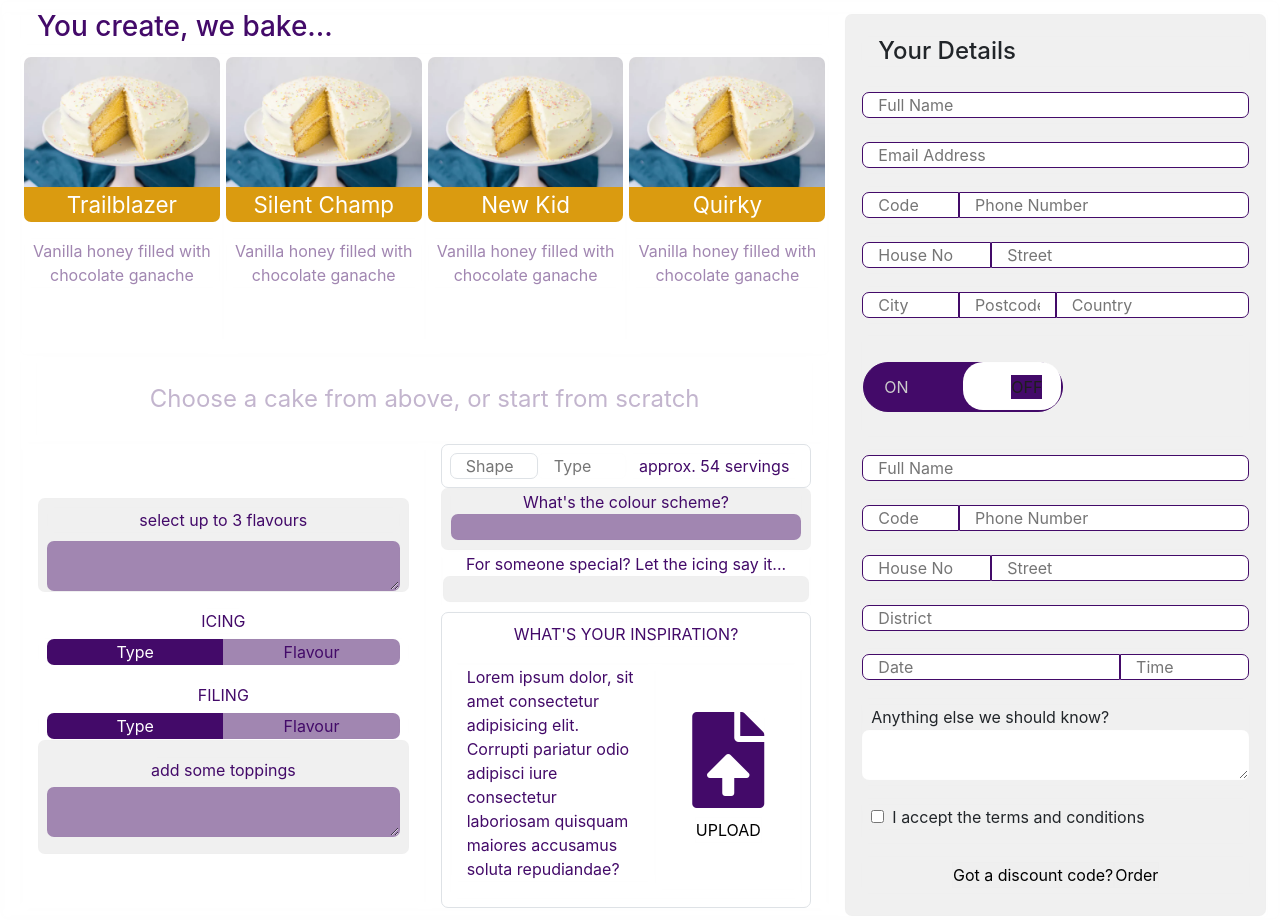
Repository: I-Alpha/BakeryOrderForm
Page: Order-Page.html
An editor plug-in stored every save of this project. The page is shown before and after the next save, followed by the edit.
The browser window is 1280 px wide. The pictures show the whole page.

Above is the page before, as saved 2020-12-29 05:05:39.

### Order-Page.html
<!DOCTYPE html>
<html lang="en">

<head>
    <meta charset="UTF-8">
    <meta name="viewport" content="width=device-width, initial-scale=1.0">
    <link rel="stylesheet" href="https://use.fontawesome.com/releases/v5.7.0/css/all.css"
        integrity="sha384-lZN37f5QGtY3VHgisS14W3ExzMWZxybE1SJSEsQp9S+oqd12jhcu+A56Ebc1zFSJ" crossorigin="anonymous">
    <link href="https://stackpath.bootstrapcdn.com/bootstrap/4.5.2/css/bootstrap.min.css" rel="stylesheet">
    <script src="https://ajax.googleapis.com/ajax/libs/jquery/3.5.1/jquery.min.js"></script>
    <script src="https://stackpath.bootstrapcdn.com/bootstrap/4.5.2/js/bootstrap.bundle.min.js"></script>
    <title>Document</title>
    <style>
        :root {
            --primary-font: 1.6rem;
            --cake-font-size: 1.4rem;
            --secondary-font: 1rem;
            --primary-colour: #430a69ff;
            --secondary-colour: #a186b1ff;
            --text-faded: #c3b5ce;
            --background-faded: rgb(240, 240, 240);
        }

        * {
            border: 1px solid rgba(0, 0, 0, 0.002);
            border-radius: 7px;
            box-sizing: border-box;
            margin: 0;
            padding: 0;
        }

        html {
            font-size: 1rem;
        }

        html,
        body,
        .container-fluid {
            width: 100%;
            background-color: white;
        }

        body span.switcher {
            position: relative;
            width: 200px;
            height: 50px;
            border-radius: 25px;
            margin: 20px 0;
        }

        body span.switcher input {
            -webkit-appearance: none;
            -moz-appearance: none;
            appearance: none;
            position: relative;
            width: 200px;
            height: 50px;
            border-radius: 25px;
            background-color: #1E1E1E;
        }

        body span.switcher input:before,
        body span.switcher input:after {
            z-index: 2;
            position: absolute;
            top: 50%;
            transform: translateY(-50%);
            color: #FFFFFF;  background-color: var(--primary-colour);
        }

        body span.switcher input:before {
            content: "ON";
            left: 20px;
        }

        body span.switcher input:after {
            content: "OFF";
            right: 20px;
        }

        body span.switcher label {
            z-index: 1;
            position: absolute;
            top: 0px;
            bottom: 0px;
            border-radius: 20px;
        }

        body span.switcher.switcher-1 input {
            transition: 0.25s -0.1s;

        }

        body span.switcher.switcher-1 input:checked {
            background-color: #FFFFFF;
        }

        body span.switcher.switcher-1 input:checked:before {
            color: #FFFFFF;
            transition: color 0.5s 0.2s;
        }

        body span.switcher.switcher-1 input:checked:after {
            color: #CCCCCC;
            transition: color 0.5s;
        }

        body span.switcher.switcher-1 input:checked+label {
            left: 10px;
            right: 100px;
            background:  white;
            transition: left 0.5s, right 0.4s 0.2s;
        }

        body span.switcher.switcher-1 input:not(:checked) {
            background:  var(--primary-colour);
            transition: background 0.5s -0.1s;
        }

        body span.switcher.switcher-1 input:not(:checked):before {
            color: #CCCCCC;
            transition: color 0.5s;
        }

        body span.switcher.switcher-1 input:not(:checked):after {
            color: #1E1E1E;
            transition: color 0.5s 0.2s;
        }

        body span.switcher.switcher-1 input:not(:checked)+label {
            left: 100px;
            right: 0px;
            top:0;
            background: #FFFFFF;
            height:100%;
            transition: left 0.4s 0.2s, right 0.5s, background 0.35s -0.1s;
        }


        #sec2-label {
            color: var(--text-faded);
            font-size: 1.5rem;

        }

        .purple_font {
            color: #430a69ff;
        }

        .light_purple_font {
            color: #a186b1ff;
        }

        .light_purple_background {
            background-color: #a186b1ff;
        }


        .purple_background {
            background-color: #430a69ff;
        }

        .textfaded {
            color: var(--text-faded);
        }

        .background_faded {
            background-color: var(--background-faded);
        }

        .buttergold {
            background-color: #da9b0eff
        }

        .input-group {}

        .pull-up {
            top: -50%;
        }

        .split-row-1 {
            height: 100%;
        }

        .split-row-2 {
            height: 50%;
        }

        #main_col_1 * {}

        #main_col_1 {}

        #main_col_2 * {}

        #main_col_2 {
            background-color: rgb(240, 240, 240);
            height: auto;
            justify-content: center;
            padding: 5px 5px;
        }

        #main_col_2 div.input-group {
            padding-top: 5px;
            padding-bottom: 5px;
        }

        #main_col_2 input {
            border: 1px solid var(--primary-colour);
        }


        #main_col_1 .input-group,
        #main_col_2 .input-group {}

        .col-8,
        .col-4 {}

        #deliveryBtn.active {
            background-color: var(--primary-colour);
            color: var(--primary-colour);
        }

        #collectionBtn.active {
            background-color: var(--primary-colour);
            color: var(--primary-colour);
        }

        #collectionBtn,
        #deliveryBtn {
            border-radius: 30px;
            border: 1px solid var(--primary-colour);
            display: inline-block;

        }

        #collectionBtn {}

        #deliveryBtn {}


        #deliveryBtn {
            background-color: white;
        }

        #collectionBtn {
            background-color: white;
            border: 1px solid var(--primary-colour);
        }



        #cake-image-container p:nth-child(2) {
            background-color: #da9b10;
            color: white;
            border-top-left-radius: 0;
            border-top-right-radius: 0;
        }

        #cake-image-container {
            padding: 0;
            margin: 0;
        }

        div#cake-image-container p:nth-child(3) {
            color: var(--secondary-colour);
        }

        #cake-image-container>div {
            font-size: var(--secondary-font);
            border-radius: 15px 15px 15px 15px;
            min-height: 100px;
            min-width: 140px;
        }

        .left-curve {
            border-top-right-radius: 0;
            border-bottom-right-radius: 0;
        }

        .right-curve {
            border-top-left-radius: 0;
            border-bottom-left-radius: 0;
        }

        #cake-image-container div * {}

        #cake-image-container div img {
            border-bottom-left-radius: 0;
            border-bottom-right-radius: 0;
            min-height: 120px;
        }

        #cake-image-container p {
            display: flex;
            text-align: center;
            justify-content: center;
            align-items: center;
        }

        p {}

        div.h3 {
            text-align: center;
        }

        .input-group {
            display: flex;
        }

        .switch6 {
            max-width: 17em;
            margin: 0 auto;
        }

        .switch6-light>span,
        .switch-toggle>span {
            color: #000000;
        }

        .switch6-light span span,
        .switch6-light label,
        .switch-toggle span span,
        .switch-toggle label {
            color: #2b2b2b;
        }

        .switch-toggle a,
        .switch6-light span span {
            display: none;
        }

        .switch6-light {
            display: block;
            height: 30px;
            position: relative;
            overflow: visible;
            padding: 0px;
            margin-left: 0px;
        }

        .switch6-light * {
            box-sizing: border-box;
        }

        .switch6-light a {
            display: block;
            transition: all 0.3s ease-out 0s;
        }

        .switch6-light label,
        .switch6-light>span {
            line-height: 30px;
            vertical-align: middle;
        }

        .switch6-light label {
            font-weight: 700;
            margin-bottom: px;
            max-width: 100%;
        }

        .switch6-light input:focus~a,
        .switch6-light input:focus+label {
            outline: 1px dotted rgb(136, 136, 136);
        }

        .switch6-light input {
            position: absolute;
            opacity: 0;
            z-index: 5;
        }

        .switch6-light input:checked~a {
            right: 0%;
        }

        .switch6-light>span {
            position: absolute;
            left: -100px;
            width: 100%;
            margin: 0px;
            padding-right: 100px;
            text-align: left;
        }

        .switch6-light>span span {
            position: absolute;
            top: 0px;
            left: 0px;
            z-index: 5;
            display: block;
            width: 50%;
            margin-left: 100px;
            text-align: center;
        }

        .switch6-light>span span:last-child {
            left: 50%;
        }

        .switch6-light a {
            position: absolute;
            right: 50%;
            top: 0px;
            z-index: 4;
            display: block;
            width: 50%;
            height: 100%;
            padding: 0px;
        }

        /* Extra small devices (portrait phones, less than 576px)
         No media query since this is the default in Bootstrap */

        /* Small devices (landscape phones, 576px and up) */
        @media (min-width: 576px) {
            html {}

            #main_col_1 {
                justify-content: space-around;
                align-items: space-around;
                padding: 15px;
            }

            #main_col_2 {
                padding: 15px;
                max-width: 89%;
            }

            div.h3 {
                width: 100%;
                text-align: start;
            }


            #cake-image-container>div {
                width: 150px;
                font-size: var(--secondary-font);
                border-radius: 15px 15px 15px 15px;
                min-height: 300px;
                padding: 20px 15px 10px 15px;

            }
        }

        /* Medium devices (tablets, 768px and up) */
        @media (min-width: 768px) {

            #main_col_1 {
                min-height: 100vh;
                justify-content: center;
                align-items: center;
            }

            html {}

            body {
                align-items: center;
                justify-content: center;
                padding: 10px 10px 0 0px;
            }

            #cake-image-container p:nth-child(2) {
                background-color: #da9b10;
                font-size: var(--cake-font-size);
                color: white;
                border-top-left-radius: 0;
                border-top-right-radius: 0;
            }

            div.h3 {
                text-align: none;
                margin-top: -10px;
                padding-top: 0px;
            }
        }

        /* Large devices (desktops, 992px and up) */
        @media (min-width: 992px) {
            #cake-image-container>div {
                min-width: 140px;
                padding: 2px;
            }

            #collectionBtn,
            #deliveryBtn {
                border-radius: 30px;
                border: 1px solid var(--primary-colour);
                display: inline-block;
                height: 2rem;
                padding-top: 0;
                line-height: 1rem;
                padding-bottom: 3px;
            }

            #main_col_2 {
                height: 100%;
                align-items: space-around;
                justify-content: space-around;
            }
        }



        /* Extra large devices (large desktops, 1200px and up) */
        @media (min-width: 1200px) {}
    </style>
</head>

<body>
    <div class="container-fluid d-flex">
        <div class="row justify-content-center align-items-start">
            <div id="main_col_1"
                class=" d-flex flex-column col-12 col-sm-12 col-md-12 col-lg-8 purple_font py-1 justify-content-center align-items-center ">
                <div class="h3 w-100 px-3">You create, we bake...</div>
                <div id="cake-image-container"
                    class="row d-flex justify-content-between text-center container-fluid px-0">
                    <div class="d-flex flex-column col-6 col-sm-6 col-md-3 col-lg-3 ">
                        <img src="Assets\baked-yellow-cake.jpg" class="img-fluid" alt="Responsive image">
                        <p>Trailblazer</p>
                        <p>Vanilla honey filled with chocolate ganache</p>
                    </div>
                    <div class="d-flex flex-column col-6 col-sm-6 col-md-3 col-lg-3">
                        <img src="Assets\baked-yellow-cake.jpg" class="img-fluid" alt="Responsive image">
                        <p class="">Silent Champ</p>
                        <p>Vanilla honey filled with chocolate ganache</p>
                    </div>
                    <div class="d-flex flex-column col-6 col-sm-6 col-md-3 col-lg-3">
                        <img src="Assets\baked-yellow-cake.jpg" class="img-fluid" alt="Responsive image">
                        <p>New Kid</p>
                        <p>Vanilla honey filled with chocolate ganache</p>
                    </div>
                    <div class="d-flex flex-column col-6 col-sm-6 col-md-3 col-lg-3">
                        <img src="Assets\baked-yellow-cake.jpg" class="img-fluid" alt="Responsive image">
                        <p>Quirky</p>
                        <p>Vanilla honey filled with chocolate ganache</p>
                    </div>
                </div>
                <div class="col-12 col-sm-12 col-md-12 flex flex-column justify-content-center align-items-center"
                    style="justify-content:center;">
                    <div id="sec2-label" class="py-4 text-center">Choose a cake from above, or start from scratch</div>
                    <div class="row">
                        <div
                            class="col-12 col-sm-12 col-md-6 justify-content-center d-flex flex-column align-items-center">
                            <div class="row d-flex flex-column input-group background_faded px-2 ">
                                <p class="mb-2 mt-2 text-center">select up to 3 flavours</p>
                                <textarea class="w-100 light_purple_background"></textarea>
                            </div>
                            <p class="mb-1 mt-3">ICING</p>
                            <div class="row input-group px-2" style="justify-content:center;">
                                <input class="input col-6 w-100 purple_background text-center left-curve"
                                    style="color:white;" value="Type"><input
                                    class="input col-6 w-100 light_purple_background text-center right-curve"
                                    style="color:var(--primary-colour);" value="Flavour">
                            </div>
                            <p class="mb-1 mt-3">FILING</p>
                            <div class="row input-group px-2" style="justify-content:center;">
                                <input class="input col-6 w-100 purple_background text-center left-curve"
                                    style="color:white;" value="Type"><input
                                    class="input col-6 w-100 light_purple_background text-center right-curve"
                                    style="color:var(--primary-colour);" value="Flavour">
                            </div>
                            <div
                                class="row d-flex flex-column input-group background_faded align-items-center pb-3 px-2">
                                <p class="mb-1 mt-3">add some toppings</p>
                                <textarea class="w-100 light_purple_background"></textarea>
                            </div>
                        </div>
                        <div class="col d-flex flex-column justify-content-between align-items-around">
                            <div class="row-lg-1 input-group d-flex align-items-start justify-content-center border my-0 w-100 pt-2 px-2"
                                style="height:auto">
                                <input class="input w-100 border col-3" placeholder="Shape">
                                <input class="input w-100 col-3 " placeholder="Type">
                                <label
                                    class="col-6 p-0 text-center d-flex w-100 justify-content-center align-items-center">approx.
                                    54 servings</label>
                            </div>
                            <div class="input-group justify-content-center row-lg-3 background_faded px-2">
                                <label class="text-center w-100"> What's the colour scheme?
                                    <input class="input w-100 light_purple_background">
                                </label>
                            </div>
                            <div class="input-group w-100 justify-content-center align-items-around row-lg-3">
                                <label class="text-center w-100 ">For someone special? Let the icing say it...
                                    <input class="input w-100 background_faded">
                                </label>
                            </div>
                            <div class="input-group row-lg-5 d-flex flex-column align-items-center border py-2 px-2">
                                <p class="row-lg-1 ">WHAT'S YOUR INSPIRATION?</p>
                                <div class="row-lg-11 input-group d-flex">
                                    <p class="col-7">Lorem ipsum dolor, sit amet consectetur adipisicing elit.
                                        Corrupti pariatur odio adipisci iure consectetur laboriosam quisquam maiores
                                        accusamus soluta repudiandae?</p>
                                    <label class="col-5 d-flex justify-content-center flex-column align-items-center">
                                        <i class="row fas fa-file-upload" style="font-size: 6rem;"></i>
                                        <button style="background:white" class="row mt-2">UPLOAD</button>
                                    </label>
                                </div>
                            </div>
                        </div>
                    </div>
                </div>
            </div>
            <div id="main_col_2"
                class="col-12 col-sm-12 col-md-12 col-lg-4 d-flex flex-column align-items-center justify-content-around">
                <div class="h4 w-100 px-3">Your Details</div>
                <div class="input-group">
                    <input class="col " placeholder="Full Name">
                </div>
                <div class="input-group">
                    <input class="col" placeholder="Email Address">
                </div>
                <div class="input-group">
                    <input class="col-3 left-curve" placeholder="Code"><input class="col-9 right-curve"
                        placeholder="Phone Number">
                </div>
                <div class="input-group">
                    <input class="col-4 left-curve" placeholder="House No"><input class="col-8 right-curve"
                        placeholder="Street">
                </div>
                <div class="input-group">
                    <input class="col-3 left-curve" placeholder="City">
                    <input class="col-3" style="border-radius: 0%;" placeholder="Postcode">
                    <input class="col-6 right-curve" placeholder="Country">
                </div>
                <div class="input-group d-flex">
                    <span class="switcher switcher-1">
                        <input type="checkbox" id="switcher-1">
                        <label for="switcher-1"></label>
                    </span>
                </div>
                <div class="input-group">
                    <input class="col" placeholder="Full Name">
                </div>
                <div class="input-group">
                    <input class="col-3 left-curve" placeholder="Code"><input class="col-9 right-curve"
                        placeholder="Phone Number">
                </div>
                <div class="input-group">
                    <input class="col-4 left-curve" placeholder="House No"><input class="col-8 right-curve"
                        placeholder="Street">
                </div>
                <div class="input-group">
                    <input class="col" placeholder="District">
                </div>
                <div class="input-group">
                    <input class="col-8 left-curve" placeholder="Date"><input class="col-4 right-curve"
                        placeholder="Time">
                </div>
                <div class="input-group">
                    <p class=" mb-0 pl-2">Anything else we should know?</p>
                    <textarea class="input-fluid   w-100 "></textarea>
                </div>
                <div class="input-group">
                    <label for="tc_Check">
                        <input id="tc_Check" type="checkbox" class="input mx-2">I accept the terms and conditions
                    </label>
                </div>
                <div class="row input-group justify-content-center ">
                    <button>Got a discount code?</button>
                    <button>Order</button>
                </div>
            </div>
        </div>
    </div>
    <script>
        $('.btn-toggle').click(function () {

            $(this).find('.btn').toggleClass('active');

            if ($(this).find('.btn-primary').size() > 0) {
                $(this).find('.btn').toggleClass('btn-primary');
            }
            if ($(this).find('.btn-default').size() > 0) {
                $(this).find('.btn').toggleClass('btn-default');
            }
            if ($(this).find('.btn-success').size() > 0) {
                $(this).find('.btn').toggleClass('btn-success');
            }
            if ($(this).find('.btn-info').size() > 0) {
                $(this).find('.btn').toggleClass('btn-info');
            }
            $(this).find('.btn').toggleClass('btn-default');

        });
    </script>
</body>

</html>

After the next save:
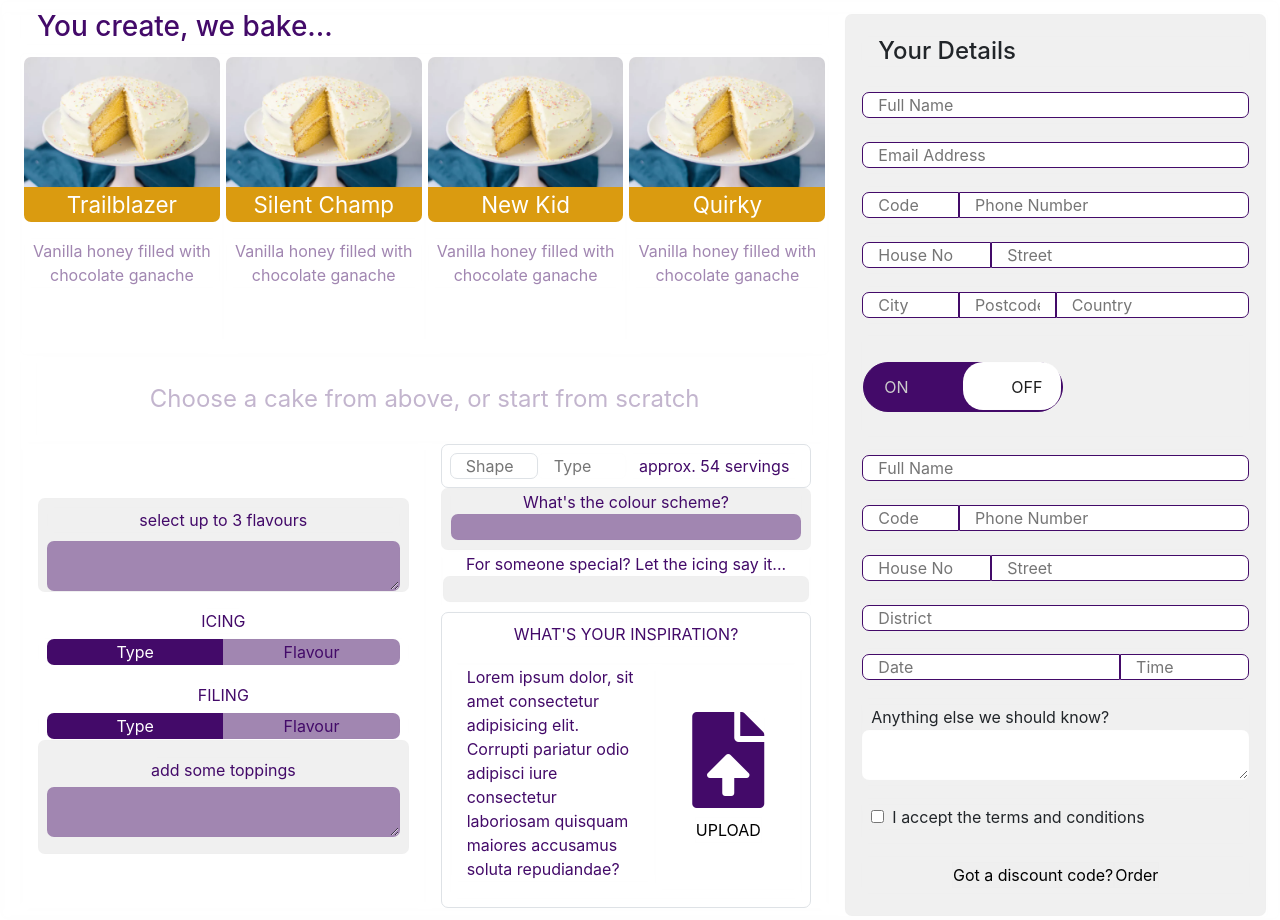
Saved 5 s later.
--- a/Order-Page.html
+++ b/Order-Page.html
@@ -56,7 +56,7 @@
             width: 200px;
             height: 50px;
             border-radius: 25px;
-            background-color: #1E1E1E;
+            background-color: #1E1E1E;   background-color: var(--primary-colour);
         }
 
         body span.switcher input:before,
@@ -65,7 +65,7 @@
             position: absolute;
             top: 50%;
             transform: translateY(-50%);
-            color: #FFFFFF;  background-color: var(--primary-colour);
+            color: #FFFFFF;
         }
 
         body span.switcher input:before {
